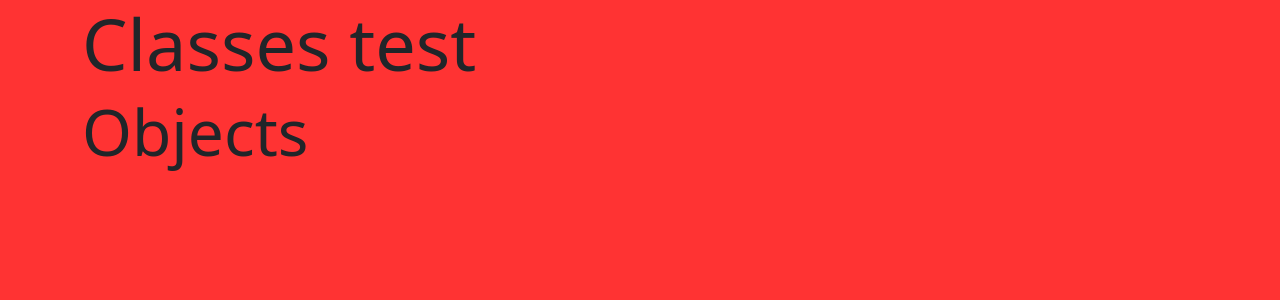
Repository: danieltikamori/wdb
Page: JavaScript/JS-classes/index.html
These files come from the project's save history. The page is drawn as it stood at one moment and after a run of saves; the edit follows.
The browser window is 1280 px wide. The pictures show the whole page.

Above is the page before, as saved 2023-01-29 12:21:53.
Console error: TypeError: Cannot read properties of undefined (reading 'style')

After the next 3 saves:
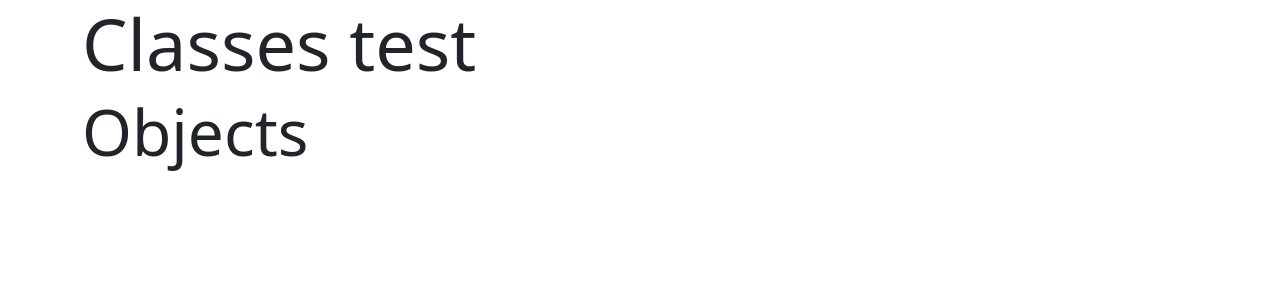
Console error: SyntaxError: Unexpected token '.'
The 3 saves are shown as one change because they came seconds apart.
The last was saved 12 s later.
--- a/JavaScript/JS-classes/app.js
+++ b/JavaScript/JS-classes/app.js
@@ -41,4 +41,4 @@
 
 //try on console:
 document.body.style.backgroundColor = red.methodRGBA(0.8);
-document.h1.style.backgroundColor = red.methodRGB();
+document..style.backgroundColor = red.methodRGB();

After the save that followed:
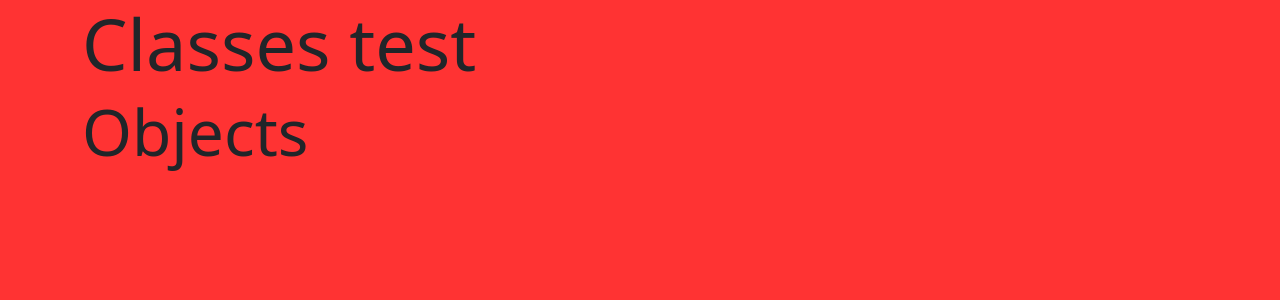
Console error: TypeError: Cannot read properties of undefined (reading 'style')
Saved 6 s later.
--- a/JavaScript/JS-classes/app.js
+++ b/JavaScript/JS-classes/app.js
@@ -41,4 +41,4 @@
 
 //try on console:
 document.body.style.backgroundColor = red.methodRGBA(0.8);
-document..style.backgroundColor = red.methodRGB();
+document.div.style.backgroundColor = red.methodRGB();
